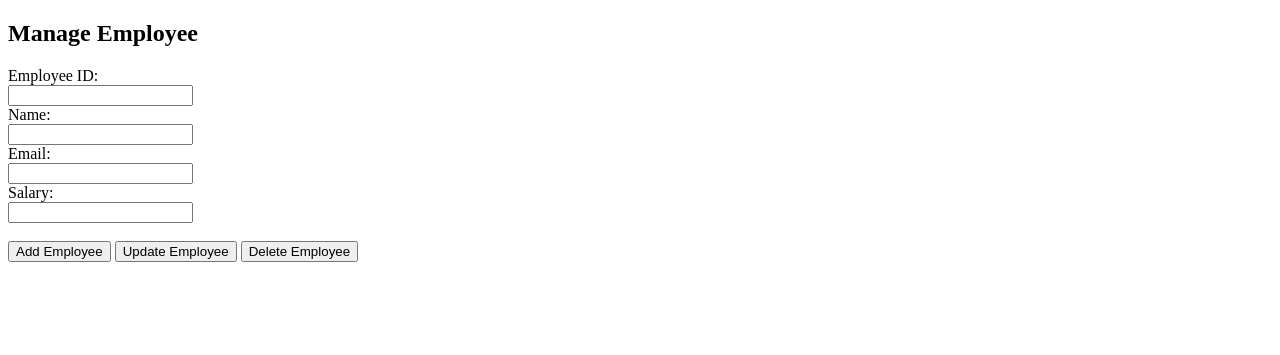
Repository: pradeep9689/monoceptAssignment
Page: http://localhost/08-jdbc-pool-connction/emplyeeAdd.jsp
An editor plug-in stored every save of this project. The page is shown before and after the next save, followed by the edit.
The browser window is 1280 px wide. The pictures show the whole page.
The page is served by Tomcat 9. Other server files are loaded and not shown.

Above is the page before, as saved 2024-07-16 17:10:59.

### 08-jdbc-pool-connction/WebContent/emplyeeAdd.jsp
<%@ page language="java" contentType="text/html; charset=ISO-8859-1"
    pageEncoding="ISO-8859-1"%>
<!DOCTYPE html>
<html>
<head>
<meta charset="ISO-8859-1">
<title>Insert title here</title>
</head>
<body>
 <h2>Manage Employee</h2>
    <form action="EmployeeServlet" method="get">
        <label for="emp_id">Employee ID:</label><br>
        <input type="text" id="emp_id" name="emp_id" required><br>
        <label for="emp_name">Name:</label><br>
        <input type="text" id="emp_name" name="emp_name"><br>
        <label for="emp_mail">Email:</label><br>
        <input type="text" id="emp_mail" name="emp_mail"><br>
        <label for="salary">Salary:</label><br>
        <input type="text" id="salary" name="salary"><br><br>
        <input type="hidden" id="action" name="action" value="add">
        <input type="submit" value="Add Employee" onclick="document.getElementById('action').value='add';">
        <input type="submit" value="Update Employee" onclick="document.getElementById('action').value='update';">
        <input type="submit" value="Delete Employee" onclick="document.getElementById('action').value='delete';">
    </form>
</body>
</html>

After the next save:
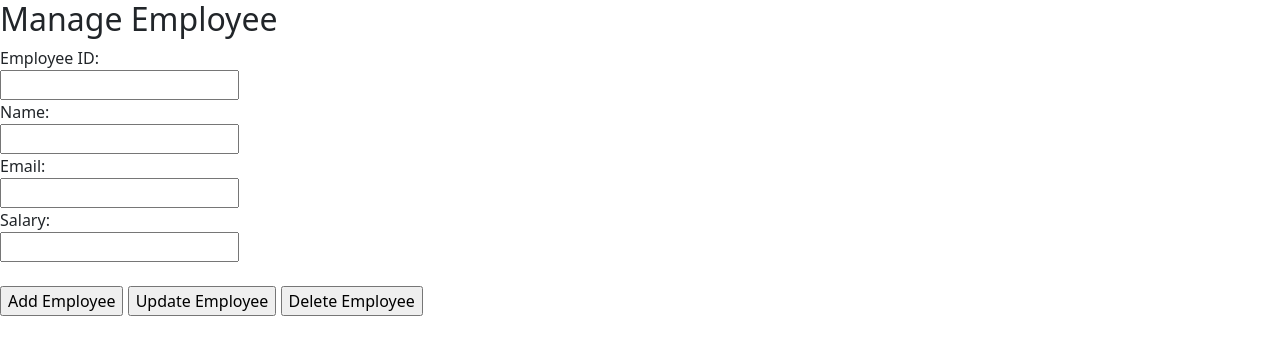
Saved 15 min 39 s later.
--- a/08-jdbc-pool-connction/WebContent/emplyeeAdd.jsp
+++ b/08-jdbc-pool-connction/WebContent/emplyeeAdd.jsp
@@ -1,5 +1,6 @@
 <%@ page language="java" contentType="text/html; charset=ISO-8859-1"
     pageEncoding="ISO-8859-1"%>
+    <link href="https://cdn.jsdelivr.net/npm/bootstrap@5.0.2/dist/css/bootstrap.min.css" rel="stylesheet" integrity="sha384-EVSTQN3/azprG1Anm3QDgpJLIm9Nao0Yz1ztcQTwFspd3yD65VohhpuuCOmLASjC" crossorigin="anonymous">
 <!DOCTYPE html>
 <html>
 <head>
